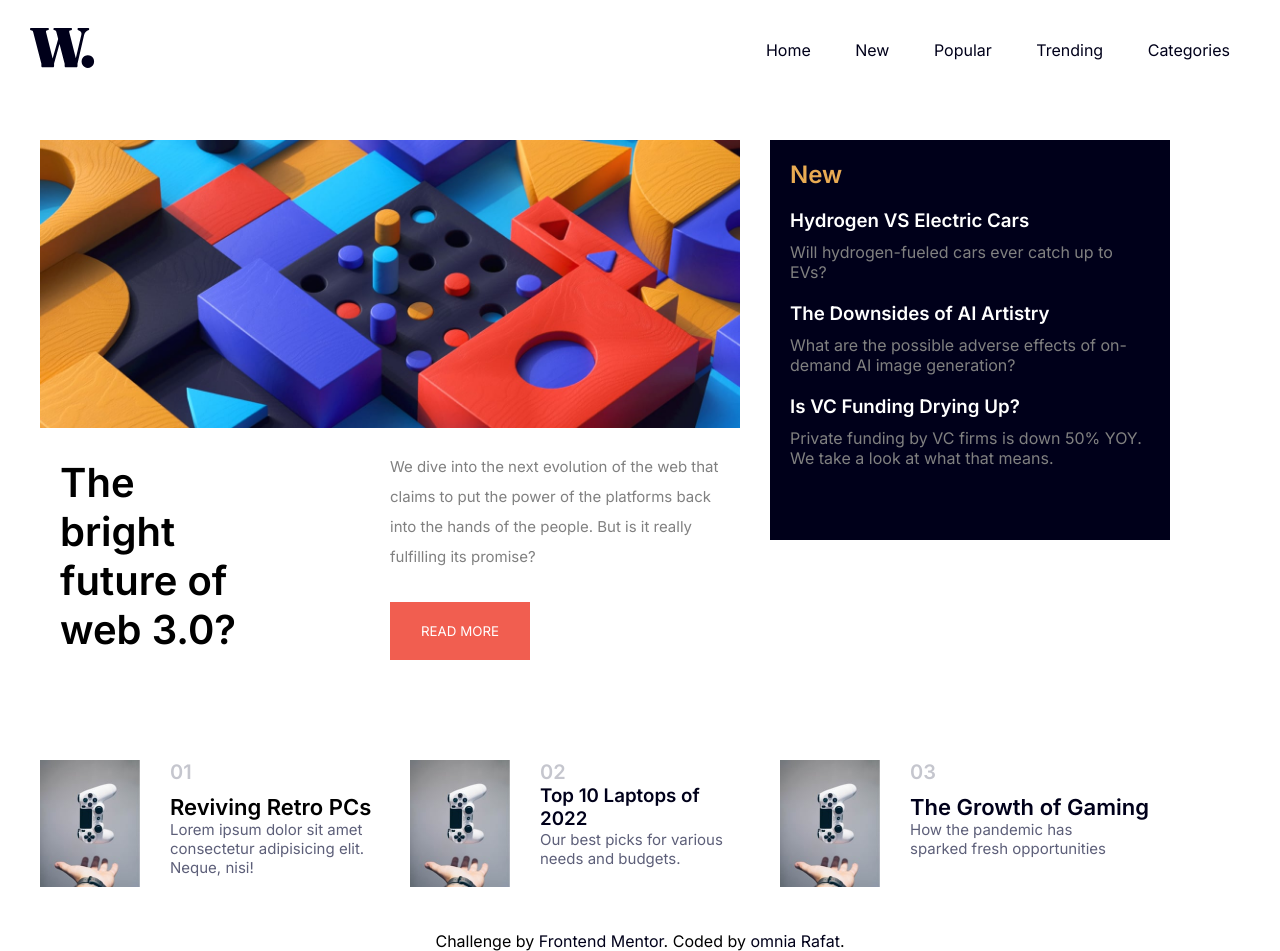
Repository: OmniaRafat232111121/HomePage
Page: index.html
The author's editor kept a copy of each file at every save. The page is drawn from the files as they stood at one save, then again after a run of saves.
The browser window is 1280 px wide. The pictures show the whole page.

Above is the page before, as saved 2022-12-17 17:46:00.

After the next 2 saves:
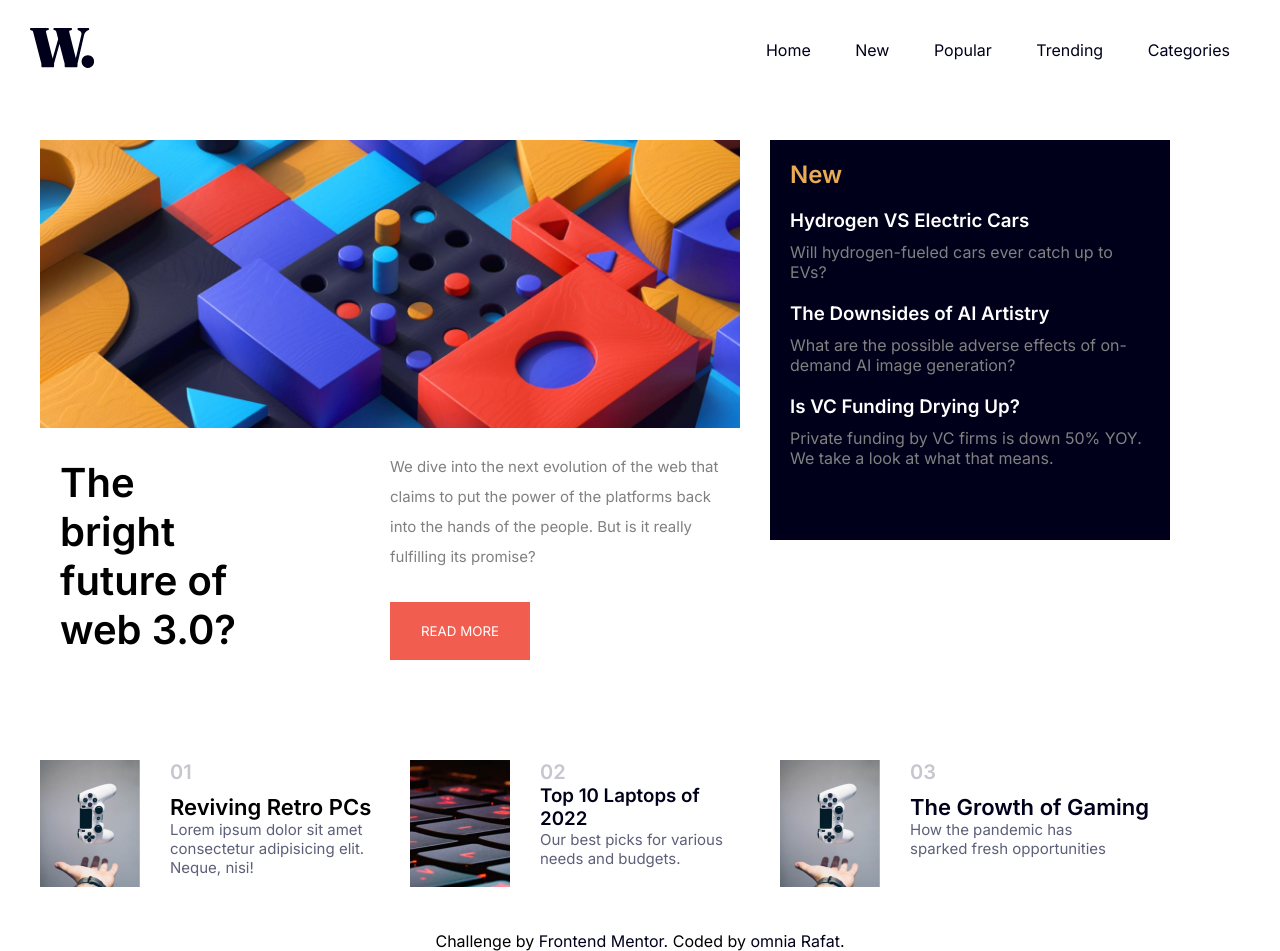
The 2 saves are shown as one change because they came seconds apart.
The last was saved 8 s later.
--- a/index.html
+++ b/index.html
@@ -78,7 +78,7 @@
           </div>
           <div class="product">
         <div class="image">
-            <img src="./assets/images/image-gaming-growth.jpg" alt="j"/>
+            <img src="./assets/images/image-top-laptops.jpg" alt="j"/>
             </div>
             <div class="con">
               <span>02</span>
